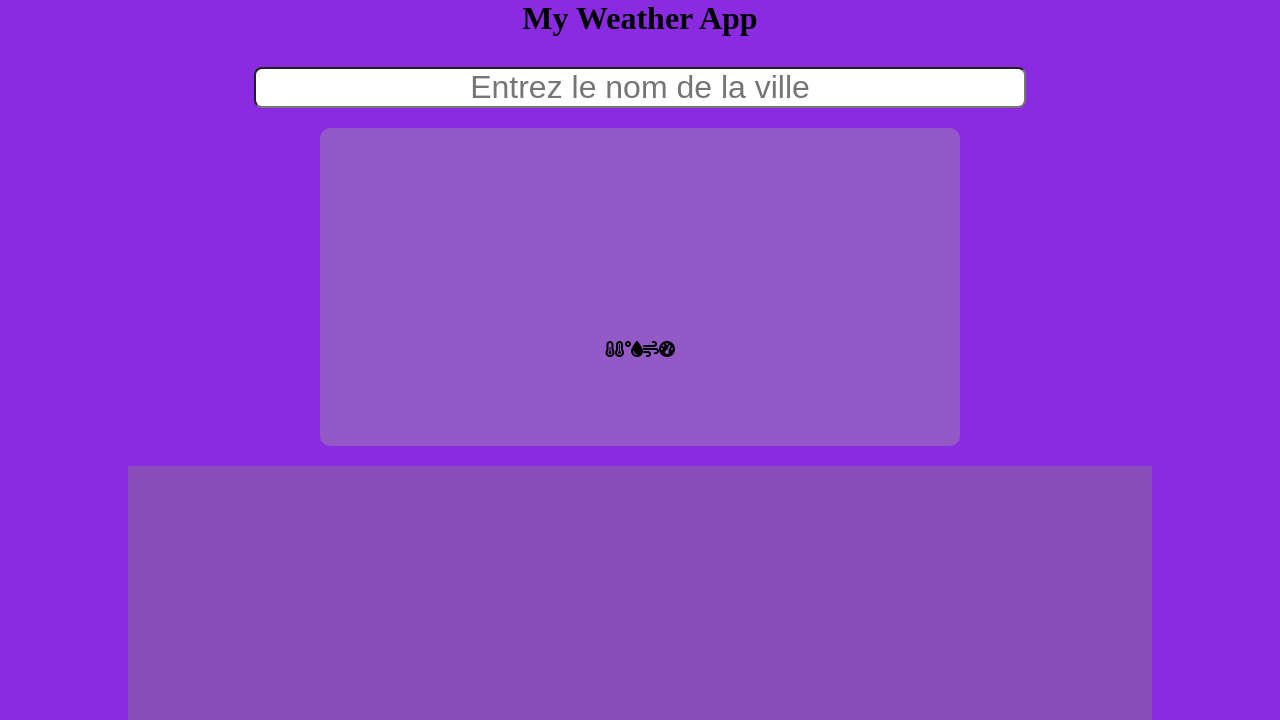
Repository: JeffnyAugustin/MyWeatherApp
Page: index.html
These files come from the project's save history. The page is drawn as it stood at one moment and after a run of saves; the edit follows.
The browser window is 1280 px wide. The pictures show the whole page.

Above is the page before, as saved 2023-11-14 19:21:10.
Console error: ReferenceError: jQuery is not defined

After the next 4 saves:
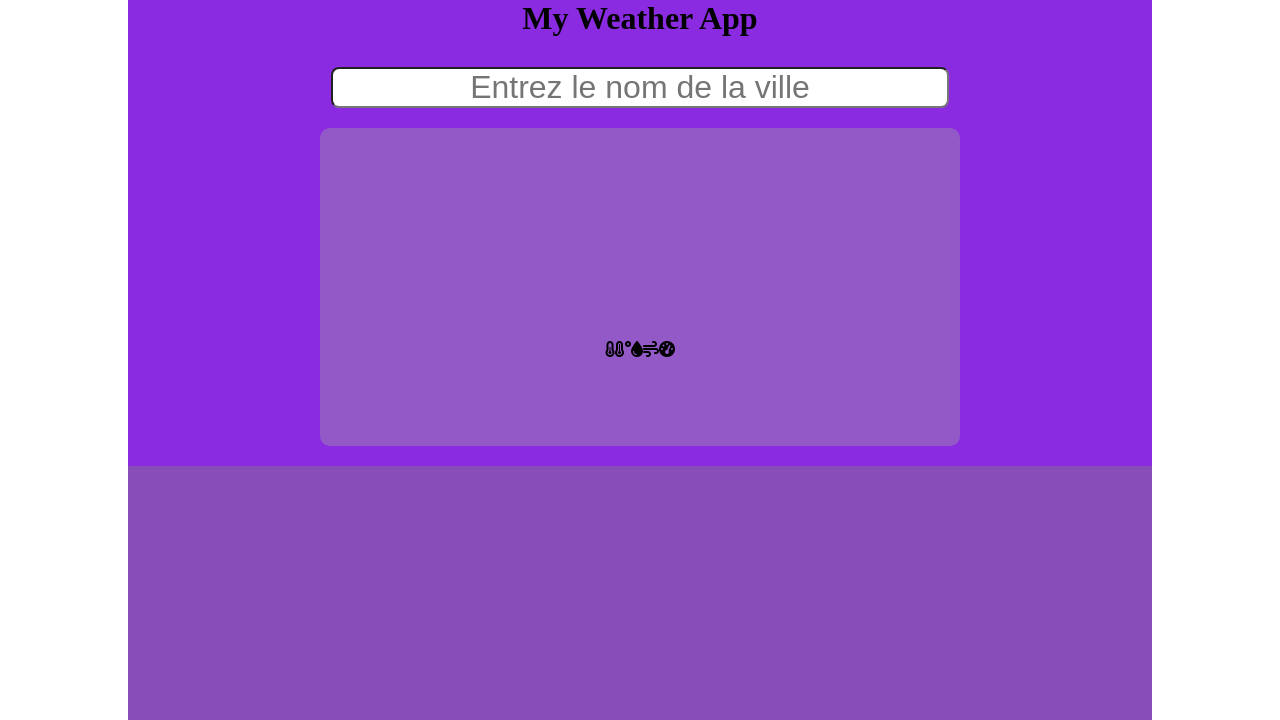
The 4 saves are shown as one change because they came seconds apart.
The last was saved 59 s later.
--- a/css/style.css
+++ b/css/style.css
@@ -6,12 +6,12 @@
 body {
 display: flex;
 justify-content: center;
+height: 100vh;
+width: 100vw;
 }
 
 #container {
     background-color: blueviolet;
-    height: 100vh;
-    width: 100vw;
     display: flex;
     flex-direction: column;
     align-items: center;

After the 2 saves that followed:
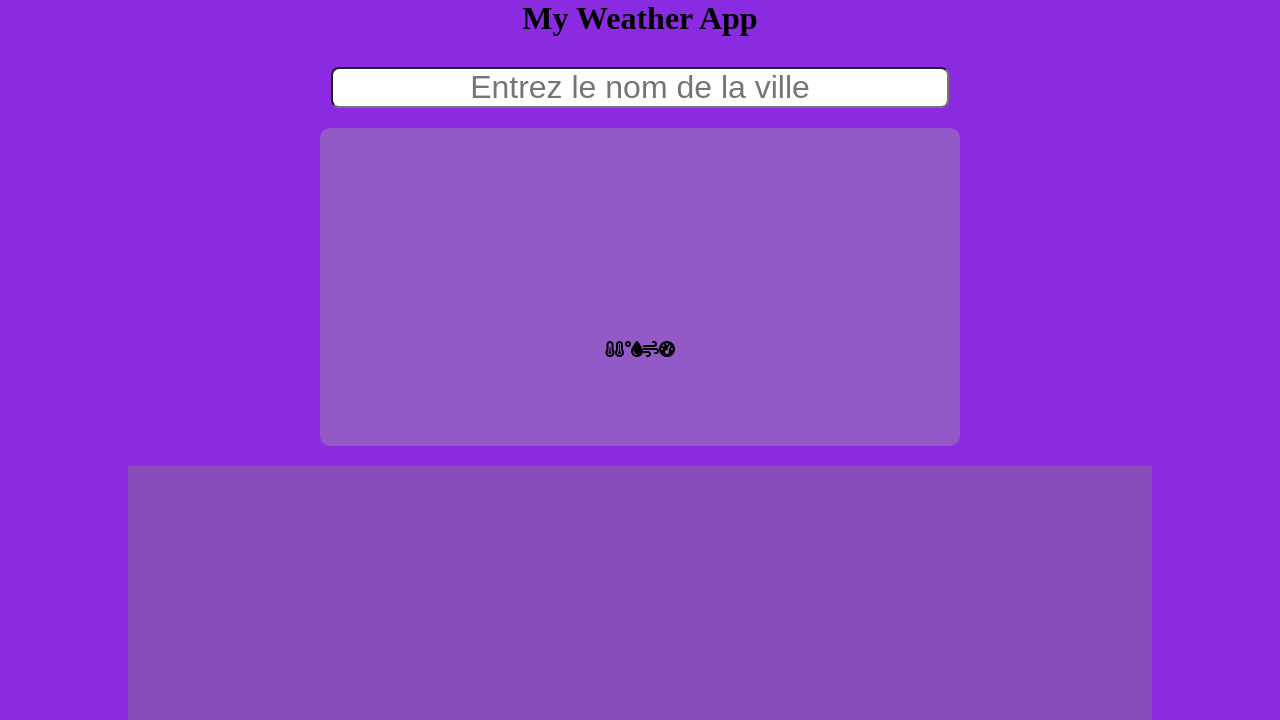
The 2 saves are shown as one change because they came seconds apart.
The last was saved 12 s later.
--- a/css/style.css
+++ b/css/style.css
@@ -8,10 +8,10 @@
 justify-content: center;
 height: 100vh;
 width: 100vw;
+background-color: blueviolet;
 }
 
 #container {
-    background-color: blueviolet;
     display: flex;
     flex-direction: column;
     align-items: center;
